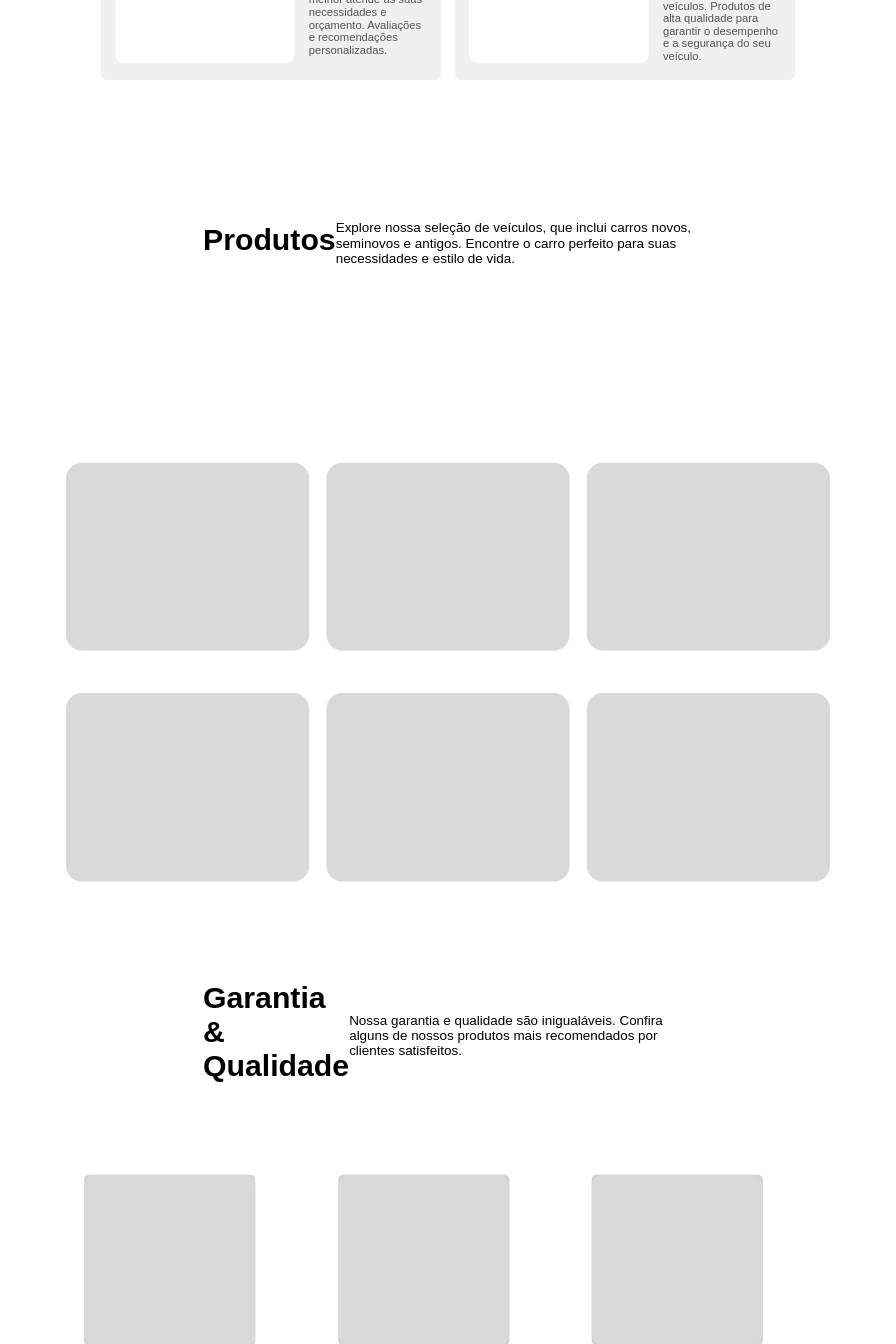
Repository: Matheus904-12/Reforma
Page: index.html
The author's editor kept a copy of each file at every save. The page is drawn from the files as they stood at one save, then again after the next save.
The browser window is 1280 px wide. The pictures show the part of the page from y = 1464 to 3384 px (the page is 4132 px tall), at 70% of full size.
Some web libraries are served in a nearby version.

Above is the page before, as saved 2024-08-12 19:31:36.
Console error: TypeError: Cannot read properties of undefined (reading 'click')

### index.html
<!DOCTYPE html>
<html lang="en">
<head>
    <meta charset="UTF-8">
    <meta name="viewport" content="width=device-width, initial-scale=1.0">
    <title>Chance Veículos - Venda de Veículos</title>
    <link rel="stylesheet" href="./CSS/styles.css">
    <!----- FONT AWESOME CSS FOR ICONS FONTS ------>
    <link rel="stylesheet" href="https://cdnjs.cloudflare.com/ajax/libs/font-awesome/6.2.0/css/all.min.css">
    <script src="https://cdnjs.cloudflare.com/ajax/libs/gsap/3.10.4/gsap.min.js"></script>
</head>
<body>
    <div id="loading-screen">
        <div class="loader"></div>
    </div>

    <header>
        <div class="navbar">
            <div class="logo">
                <img src="imagens/dark.png" alt="Logo da Loja">
            </div>
            <nav class="nav-links">
                <a href="index.html">Início</a>
                <a href="finan.html">Financiamento</a>
                <a href="veicu.html">Veículos</a>
            </nav>
            <button class="btn" id="login-btn">
                <span class="btn-text-one">Entrar</span>
                <span class="btn-text-two">Vamos Lá!</span>
            </button>
        </div>
    </header>
    <br><br><br><br><br><br><br><br>
    <section class="hero">
        <img src="imagens/Rectangle 1.png" alt="Imagem de Veículos" class="hero-image">
    </section>

    <section class="servicos">
        <div class="servicos-header">
            <h2>Serviços</h2>
            <p class="description">Oferecemos uma ampla gama de serviços para atender às suas necessidades de compra de veículos. Desde consultoria na escolha do carro ideal até serviços de manutenção e reparos, estamos aqui para garantir a melhor experiência.</p>
        </div>
        <div class="cards-container">
            <div class="card">
                <div class="card-image"><img src="imagens/Rectangle 9.png" alt="Serviço de Manutenção"></div>
                <div class="card-content">
                    <h3>Manutenção de Veículos</h3>
                    <p>Realizamos manutenção completa para garantir o funcionamento ideal do seu veículo. Serviços de troca de óleo, alinhamento e balanceamento, entre outros.</p>
                </div>
            </div>
            <div class="card">
                <div class="card-image"><img src="imagens/Rectangle 9.png" alt="Serviço de Reparos"></div>
                <div class="card-content">
                    <h3>Reparos Especializados</h3>
                    <p>Oferecemos reparos especializados para todos os tipos de veículos. Diagnóstico preciso e soluções eficazes para problemas mecânicos e elétricos.</p>
                </div>
            </div>
            <div class="card">
                <div class="card-image"><img src="imagens/Rectangle 9.png" alt="Serviço de Consultoria"></div>
                <div class="card-content">
                    <h3>Consultoria na Compra</h3>
                    <p>Ajuda profissional na escolha do veículo que melhor atende às suas necessidades e orçamento. Avaliações e recomendações personalizadas.</p>
                </div>
            </div>
            <div class="card">
                <div class="card-image"><img src="imagens/Rectangle 9.png" alt="Serviço de Venda de Peças"></div>
                <div class="card-content">
                    <h3>Venda de Peças e Acessórios</h3>
                    <p>Temos uma ampla seleção de peças e acessórios para veículos. Produtos de alta qualidade para garantir o desempenho e a segurança do seu veículo.</p>
                </div>
            </div>
        </div>
    </section>

    <section class="servicos">
        <div class="produtos-header">
            <h2>Produtos</h2>
            <p class="description">Explore nossa seleção de veículos, que inclui carros novos, seminovos e antigos. Encontre o carro perfeito para suas necessidades e estilo de vida.</p>
        </div>
    </section>

    <div class="produto">
        <div class="card__produto">
            <article class="card__article">
                <img src="imagens/Rectangle 11.png" alt="imagem do veículo" class="card__img">

                <div class="card__data">
                    <span class="card__description">Carro seminovo, Brasil</span>
                    <h2 class="card__title small-title">Carro Seminovo Lux</h2>
                    <a href="#" class="card__button">Saiba Mais</a>
                </div>
            </article>

            <article class="card__article">
                <img src="imagens/Rectangle 11.png" alt="imagem do veículo" class="card__img">

                <div class="card__data">
                    <span class="card__description">Carro antigo, EUA</span>
                    <h2 class="card__title">Carro Clássico</h2>
                    <a href="#" class="card__button">Saiba Mais</a>
                </div>
            </article>

            <article class="card__article">
                <img src="imagens/Rectangle 11.png" alt="imagem do veículo" class="card__img">

                <div class="card__data">
                    <span class="card__description">Carro antigo, EUA</span>
                    <h2 class="card__title">Carro Clássico</h2>
                    <a href="#" class="card__button">Saiba Mais</a>
                </div>
            </article>

            <article class="card__article">
                <img src="imagens/Rectangle 11.png" alt="imagem do veículo" class="card__img">

                <div class="card__data">
                    <span class="card__description">Carro antigo, EUA</span>
                    <h2 class="card__title">Carro Clássico</h2>
                    <a href="#" class="card__button">Saiba Mais</a>
                </div>
            </article>

            <article class="card__article">
                <img src="imagens/Rectangle 11.png" alt="imagem do veículo" class="card__img">

                <div class="card__data">
                    <span class="card__description">Carro antigo, EUA</span>
                    <h2 class="card__title">Carro Clássico</h2>
                    <a href="#" class="card__button">Saiba Mais</a>
                </div>
            </article>

            <article class="card__article">
                <img src="imagens/Rectangle 11.png" alt="imagem do veículo" class="card__img">

                <div class="card__data">
                    <span class="card__description">Carro novo, Alemanha</span>
                    <h2 class="card__title">Carro Moderno</h2>
                    <a href="#" class="card__button">Saiba Mais</a>
                </div>
            </article>
        </div>
    </div>

    <section class="servicos">
        <div class="produtos-header">
            <h2>Garantia & Qualidade</h2>
            <p class="description">Nossa garantia e qualidade são inigualáveis. Confira alguns de nossos produtos mais recomendados por clientes satisfeitos.</p>
        </div>
        <div class="garantia-cards">
            <div class="garantia-card">
                <img src="imagens/Rectangle 19.png" alt="Veículo 1" class="garantia-card-image">
                <h3>Qualidade Certificada</h3>
                <p>Todos os nossos veículos passam por rigorosos testes de qualidade para garantir que atendam aos mais altos padrões de desempenho e segurança.</p>
            </div>
            <div class="garantia-card">
                <img src="imagens/Rectangle 19.png" alt="Veículo 2" class="garantia-card-image">
                <h3>Garantia de Satisfação</h3>
                <p>Oferecemos garantia completa em todos os nossos veículos, assegurando que você fique completamente satisfeito com sua compra.</p>
            </div>
            <div class="garantia-card">
                <img src="imagens/Rectangle 19.png" alt="Veículo 3" class="garantia-card-image">
                <h3>Atendimento Personalizado</h3>
                <p>Nossa equipe está sempre pronta para fornecer suporte e resolver qualquer problema, garantindo uma experiência de compra sem preocupações.</p>
            </div>
            <div class="garantia-card">
                <img src="imagens/Rectangle 19.png" alt="Veículo 4" class="garantia-card-image">
                <h3>Compromisso com a Excelência</h3>
                <p>Estamos comprometidos em oferecer produtos de qualidade superior e serviços excepcionais para garantir a melhor experiência possível para nossos clientes.</p>
            </div>
        </div>
    </section>
    <footer>
        <div class="container">
            <div class="row">
                <div class="col" id="company">
                    <img src="imagens/white.png" alt="" class="logo">
                    <p>
                        Especializados na venda de carros seminovos, antigos e novos.
                        Encontre o carro perfeito para suas necessidades e estilo de vida!
                    </p>
                    <div class="social">
                        <a href="https://www.facebook.com/p/CHANCE-VE%C3%8DCULOS-100063739276669/?paipv=0&eav=Afbw-6EMG8x-VpNtWfZloGlREGmYw3G0Q8PvLR--bdwjk5A0xtV1WnDa43PW5FFd-jU&_rdr"><i class="fab fa-facebook"></i></a>
                        <a href="https://www.olx.com.br/perfil/wilson-chance-veiculos-d5494ec5"><i class="fab fa-instagram"></i></a>
                        <a href="https://web.whatsapp.com/send?l=pt_BR&phone=5516%20997220455"><i class="fab fa-whatsapp"></i></a>
                        <a href="(16)-3961-1899"><i class="fa fa-store"></i></a>
                    </div>
                </div>

                <div class="col" id="services">
                    <h3>Serviços</h3>
                    <div class="links">
                        <a href="#">Manutenção de Veículos</a>
                        <a href="#">Consultoria na Compra</a>
                        <a href="#">Reparos Especializados</a>
                        <a href="#">Venda de Peças e Acessórios</a>
                    </div>
                </div>

                <div class="col" id="useful-links">
                    <h3>Links Úteis</h3>
                    <div class="links">
                        <a href="#">Sobre Nós</a>
                        <a href="#">Nossos Serviços</a>
                        <a href="#">Política de Privacidade</a>
                        <a href="#">Ajuda</a>
                    </div>
                </div>

                <div class="col" id="contact">
                    <h3>Contato</h3>
                    <div class="contact-details">
                        <i class="fa fa-location"></i>
                        <p>Rua Silveira Martins, 918<br> Ribeirão Preto - SP, Brasil</p>
                    </div>
                    <div class="contact-details">
                        <i class="fa fa-phone"></i>
                        <p>+55-16-99722-0455</p>
                    </div>
                </div>
            </div>
            <br>
        </div>
    </footer>
    <script src="./JS/script.js"></script>
</body>
</html>

Loaded but not shown: JS/script.js (167 lines, source omitted); CSS/styles.css (752 lines, source omitted)

After the next save:
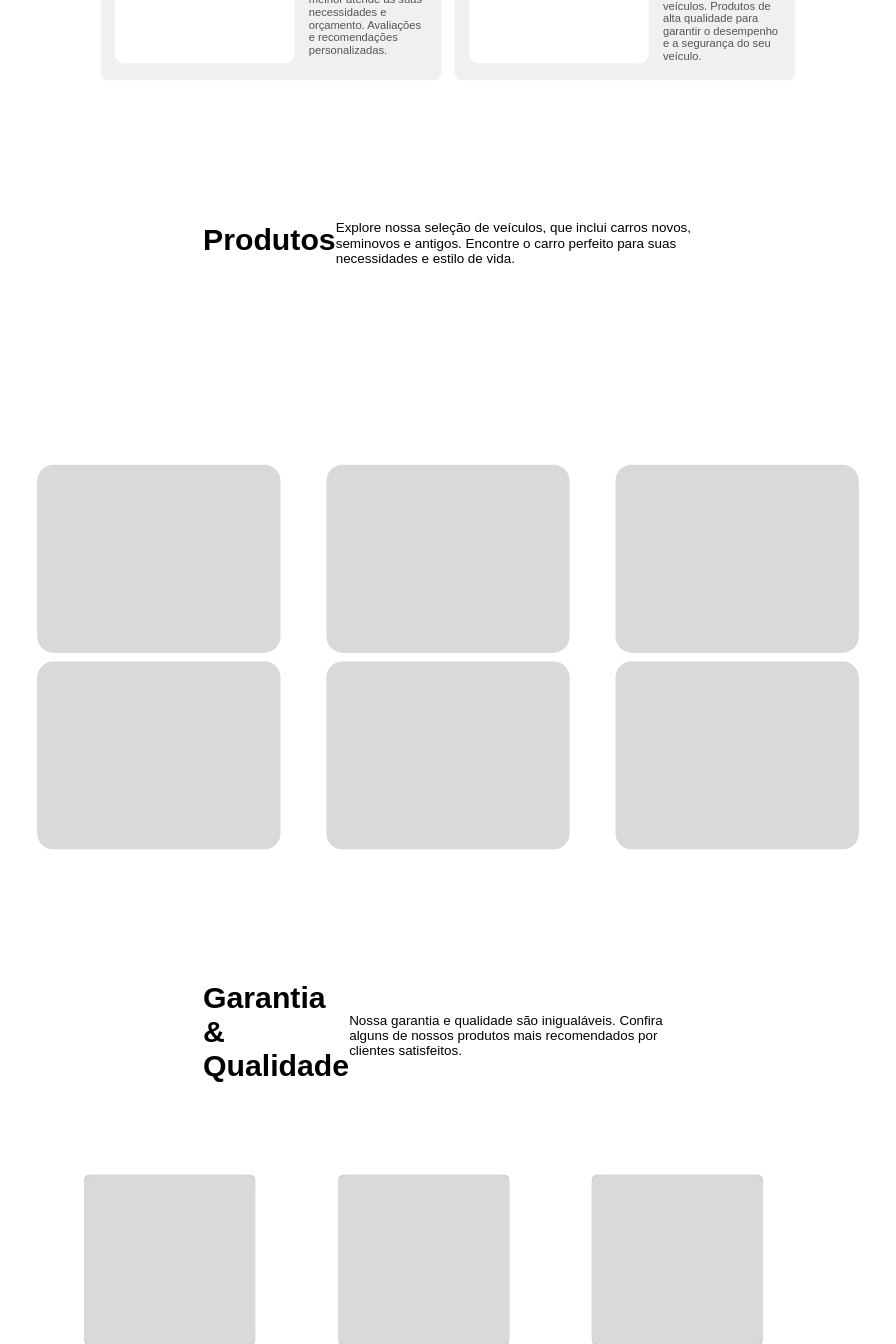
Saved 101 s later.
--- a/index.html
+++ b/index.html
@@ -80,7 +80,7 @@
     </section>
 
     <div class="produto">
-        <div class="card__produto">
+        <div class="garantia-cards">
             <article class="card__article">
                 <img src="imagens/Rectangle 11.png" alt="imagem do veículo" class="card__img">
 

After the save that followed:
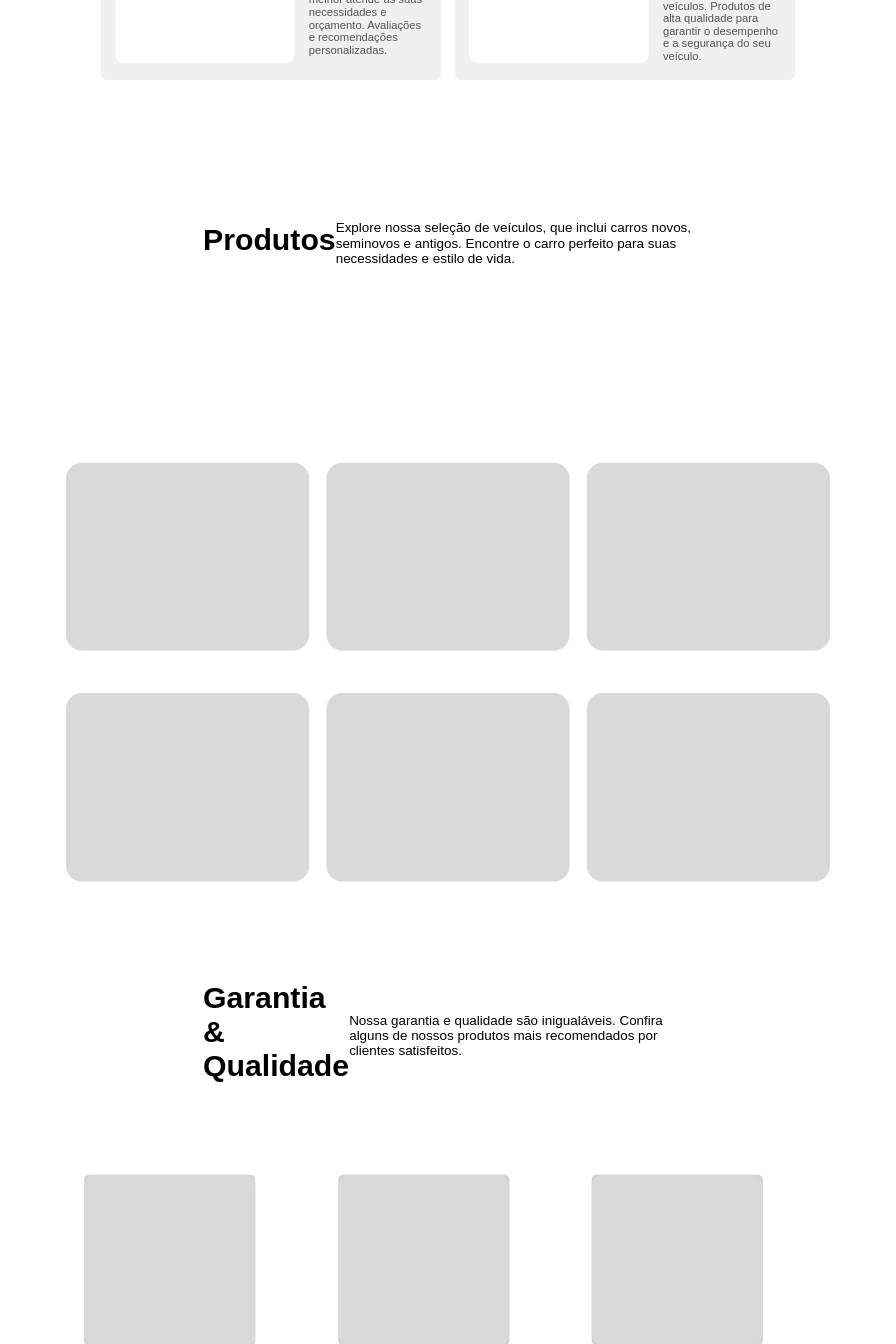
Saved 6 s later.
--- a/index.html
+++ b/index.html
@@ -80,7 +80,7 @@
     </section>
 
     <div class="produto">
-        <div class="garantia-cards">
+        <div class="card__produto">
             <article class="card__article">
                 <img src="imagens/Rectangle 11.png" alt="imagem do veículo" class="card__img">
 
